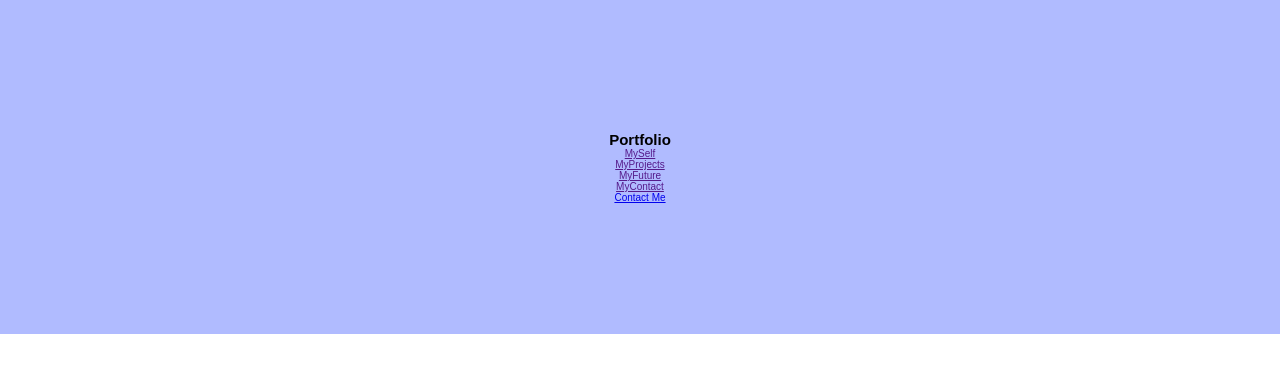
Repository: ChristianGecchelin/PortfolioOnline
Page: index.html
These files come from the project's save history. The page is drawn as it stood at one moment and after the next save; the edit follows.
The browser window is 1280 px wide. The pictures show the whole page.

Above is the page before, as saved 2022-01-08 11:45:03.

After the next save:
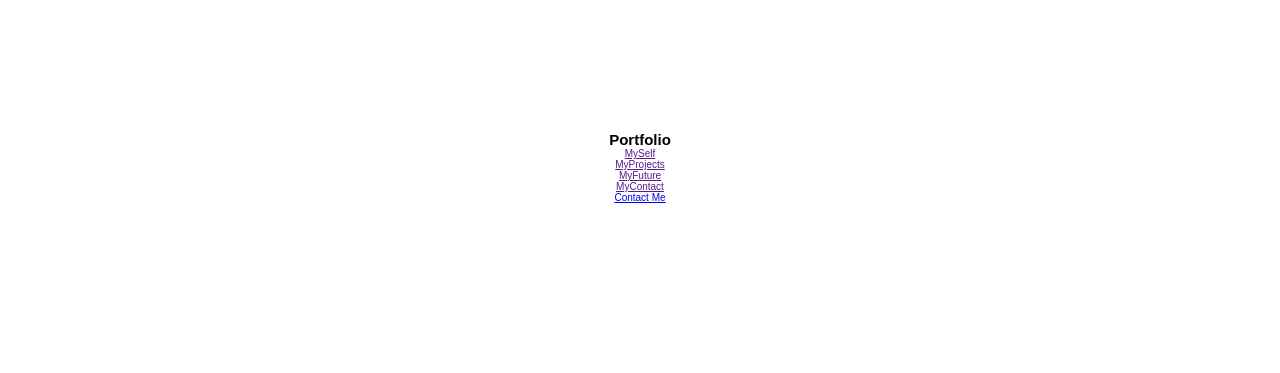
Saved 14 s later.
--- a/styles/styles.css
+++ b/styles/styles.css
@@ -24,15 +24,7 @@
   font-family: "DM Sans", sans-serif;
 }
 header {
-  position: relative;
-  display: flex;
-  flex-direction: column;
-  justify-content: center;
-  width: 100%;
-  min-width: 320px;
-  height: 334px;
-  text-align: center;
-  background: var(--light-violet);
+  height: auto;
 }
 header nav {
   position: relative;

After the save that followed:
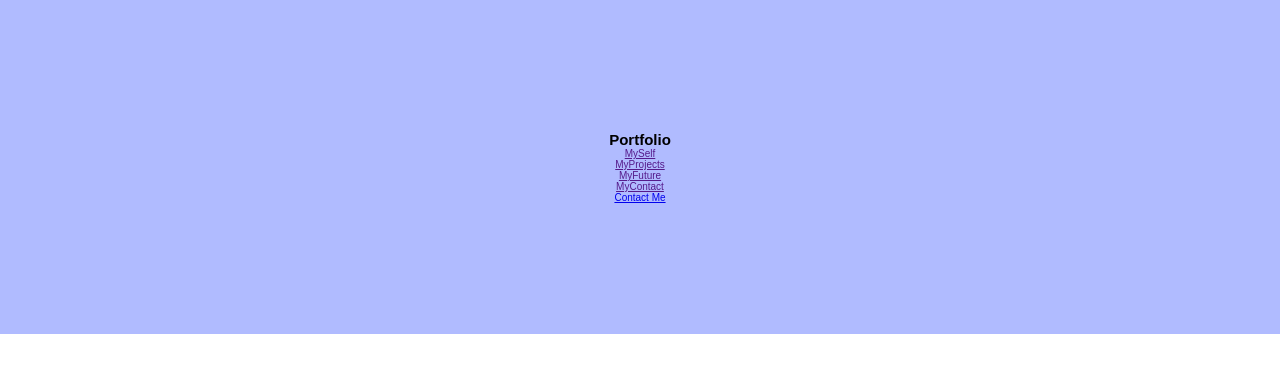
Saved 15 s later.
--- a/styles/styles.css
+++ b/styles/styles.css
@@ -25,6 +25,7 @@
 }
 header {
   height: auto;
+  background: var(--light-violet);
 }
 header nav {
   position: relative;
